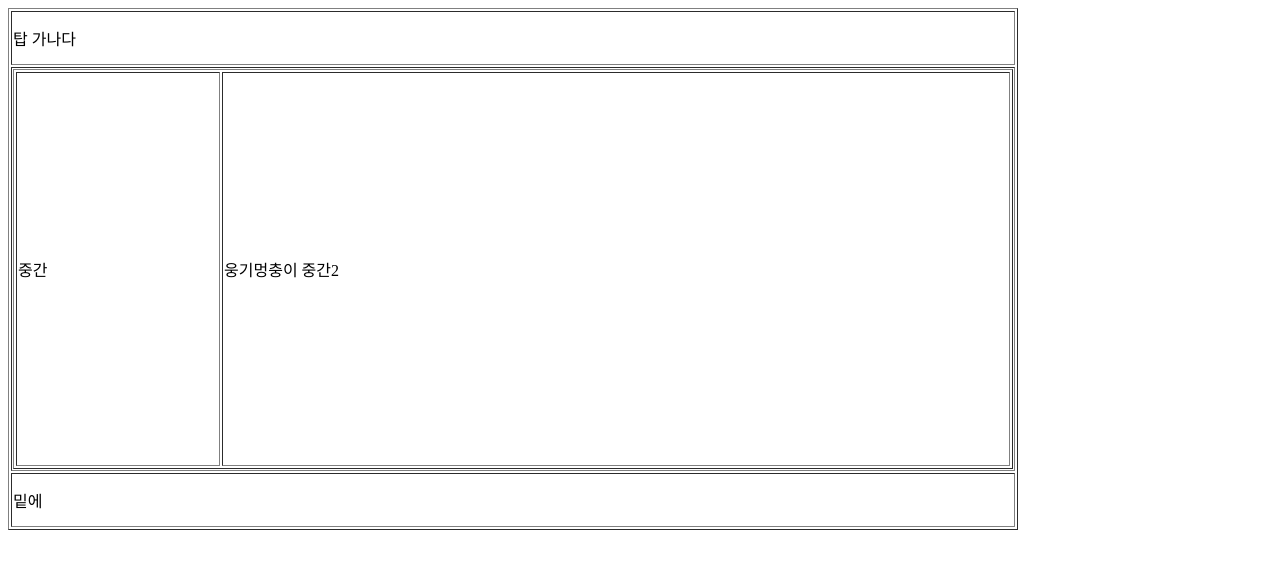
Repository: ikobean/ikoebean
Page: http://localhost/dev_jsp/ch07/index.jsp
An editor plug-in stored every save of this project. The page is shown before and after the next save, followed by the edit.
The browser window is 1280 px wide. The pictures show the whole page.
The page is served by Tomcat 9.

Above is the page before, as saved 2019-07-17 01:55:47.

After the next save:
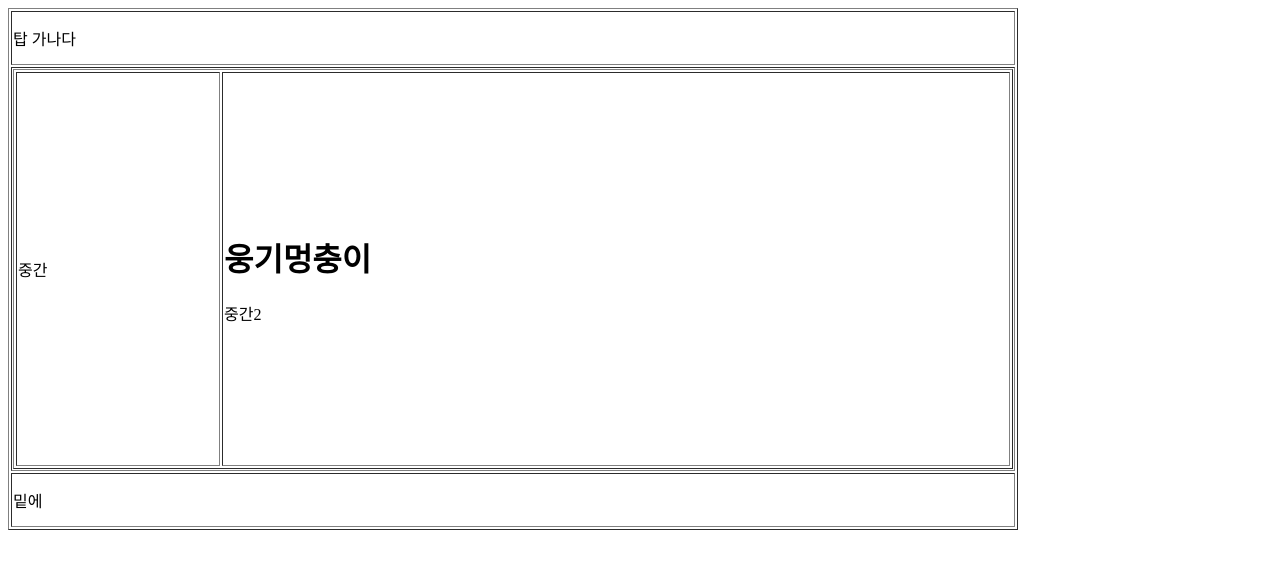
Saved 15 s later.
--- a/workspace_jsp/dev_jsp/WebContent/ch07/main.jsp
+++ b/workspace_jsp/dev_jsp/WebContent/ch07/main.jsp
@@ -7,7 +7,7 @@
 <title>Insert title here</title>
 </head>
 <body>
-웅기멍충이
+<h1>웅기멍충이</h1>
 
 </body>
 </html>
